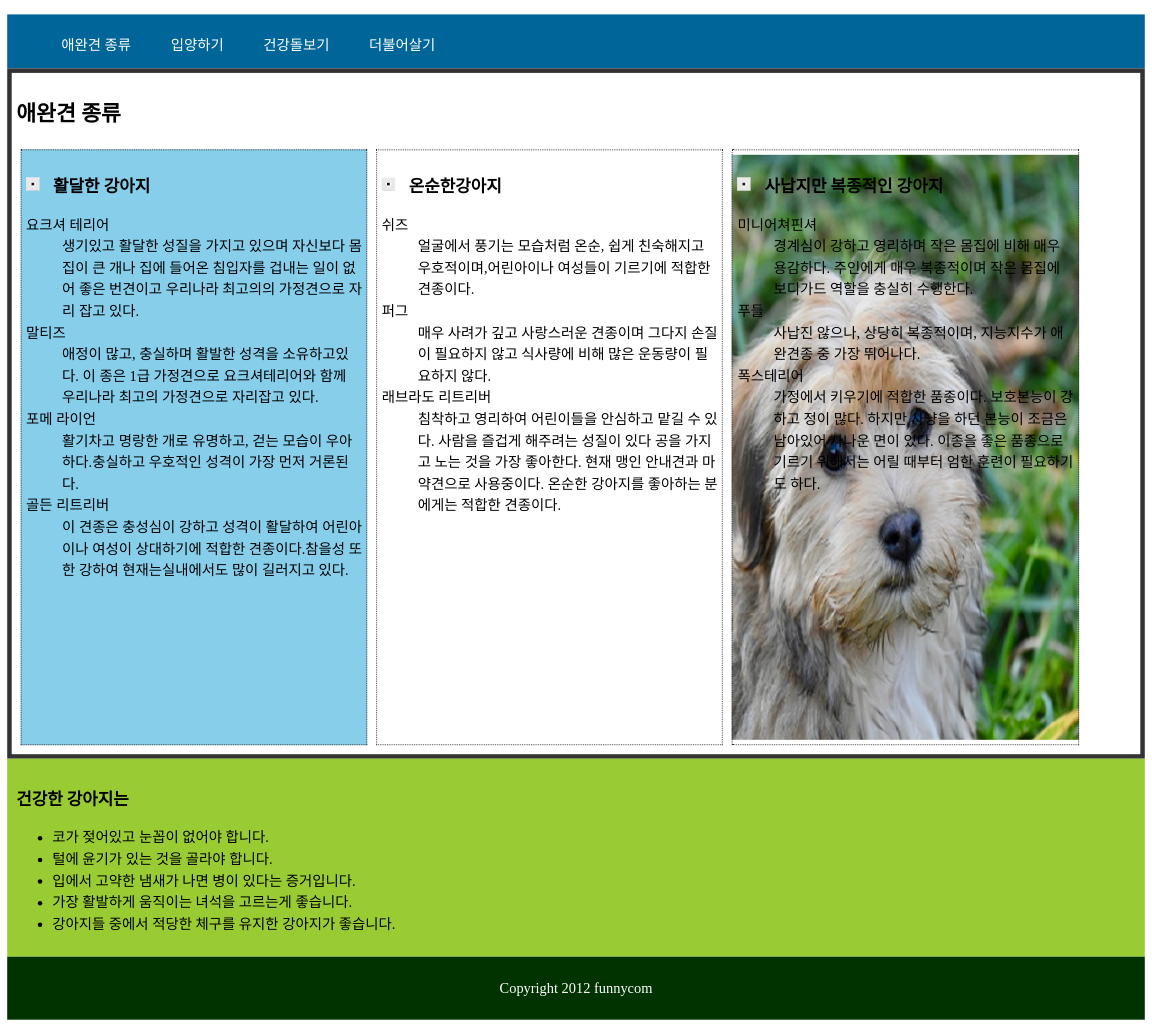
Repository: woosungtae/html_css
Page: pro01/public/10-do.html
An editor plug-in stored every save of this project. The page is shown before and after the next save, followed by the edit.
The browser window is 1280 px wide. The pictures show the whole page, at 90% of full size.

Above is the page before, as saved 2022-12-12 00:08:38.

### pro01/public/10-do.html
<!DOCTYPE html>
<html>
	<head>
		<meta charset="utf-8">
		<title>애완견 돌보기</title>
	<link href="css/style4.css" rel="stylesheet" type="text/css">
	</head>
	<body>
		<header>
			<nav>
				<ul>
					<li><a href="#">애완견 종류</a></li>
					<li><a href="#">입양하기</a></li>
					<li><a href="#">건강돌보기</a></li>
					<li><a href="#">더불어살기</a></li>
				</ul>
			</nav>
		</header>
		<article>
			<h2>애완견 종류</h2>
			<section id="sec1">
				<h3>활달한 강아지</h3>
				<dl>
						<dt>요크셔 테리어 </dt>
						<dd>생기있고 활달한 성질을 가지고 있으며 자신보다 몸집이 큰 개나 집에 들어온 침입자를 겁내는 일이 없어 좋은 번견이고 우리나라 최고의의 가정견으로 자리 잡고 있다.</dd>
						<dt>말티즈 </dt>
						<dd>애정이 많고, 충실하며 활발한 성격을 소유하고있다. 이 종은 1급 가정견으로 요크셔테리어와 함께 우리나라 최고의 가정견으로 자리잡고 있다.</dd>
						<dt>포메 라이언</dt>
						<dd>활기차고 명랑한 개로 유명하고, 걷는 모습이 우아하다.충실하고 우호적인 성격이 가장 먼저 거론된다. </dd>
						<dt>골든 리트리버</dt>
						<dd>이 견종은 충성심이 강하고 성격이 활달하여 어린아이나 여성이 상대하기에 적합한 견종이다.참을성 또한 강하여 현재는실내에서도 많이 길러지고 있다.</dd>
				</dl>
			</section>

			<section>
				<h3>온순한강아지</h3>
				<dl>
					<dt>쉬즈</dt>
					<dd>얼굴에서 풍기는 모습처럼 온순, 쉽게 친숙해지고 우호적이며,어린아이나 여성들이 기르기에 적합한 견종이다.</dd>
					<dt>퍼그</dt>
					<dd>매우 사려가 깊고 사랑스러운 견종이며 그다지 손질이 필요하지 않고 식사량에 비해 많은 운동량이 필요하지 않다.</dd>
					<dt>래브라도 리트리버</dt>
					<dd>침착하고 영리하여 어린이들을 안심하고 맡길 수 있다. 사람을 즐겁게 해주려는 성질이 있다 공을 가지고 노는 것을 가장  좋아한다. 현재 맹인 안내견과 마약견으로 사용중이다. 온순한 강아지를 좋아하는 분에게는 적합한 견종이다.</dd>
				</dl>
			</section>
			<section id="sec2">
				<h3>사납지만 복종적인 강아지</h3>
				<dl>
					<dt>미니어쳐핀셔</dt>
					<dd>경계심이 강하고 영리하며 작은 몸집에 비해 매우 용감하다. 주인에게 매우 복종적이며 작은 몸집에 보디가드 역할을 충실히 수행한다.</dd>
					<dt>푸들 </dt>
					<dd>사납진 않으나, 상당히 복종적이며, 지능지수가 애완견종 중 가장 뛰어나다.</dd>
					<dt>폭스테리어</dt>
					<dd>가정에서 키우기에 적합한 품종이다. 보호본능이 강하고 정이 많다. 하지만 사냥을 하던 본능이 조금은 남아있어 사나운 면이 있다. 이종을 좋은 품종으로 기르기 위해서는 어릴 때부터 엄한 훈련이 필요하기도 하다.</dd>
				</dl>
			</section>
		</article>
		<aside>
		<h3>건강한 강아지는</h3>
			<ul>
				<li>코가 젖어있고 눈꼽이 없어야 합니다.</li>
				<li>털에 윤기가 있는 것을 골라야 합니다.</li>
				<li>입에서 고약한 냄새가 나면 병이 있다는 증거입니다.</li>
				<li>가장 활발하게 움직이는 녀석을 고르는게 좋습니다.</li>
				<li>강아지들 중에서 적당한 체구를 유지한 강아지가 좋습니다.</li>
			</ul>
		</aside>
		<footer>
			<p>Copyright 2012 funnycom</p>
		</footer>
	</body>
</html>

### pro01/public/css/style4.css
@charset "utf-8";
nav{
	width:100%;
	height:60px;

	background-color:#069;
}
nav ul{
	list-style-type:none;
}
nav ul li{
	display:inline-block;
	margin:20px;
}
nav ul li a {
	color:white;
	text-decoration:none;
}
article{

	margin-right: auto;
	margin-left:auto;
	border:5px solid #333;
	padding:5px;
	overflow:hidden;
}
#sec1{
	background-color:skyblue;
}
#sec2{
	background: url('../images/cover.jpg')no-repeat center ;

}
article section{
	width:30%;
	height:650px;
	float: left;
	margin:5px;
	padding:5px;
	border:1px dotted #333;
}
article #at1{
	background-color:blue;
}
section h3{
	background: url('../images/dot.png') no-repeat left center;
	padding-left: 30px;
}

aside{
	clear:both;
	margin:0 auto;

	height:auto;
	padding:10px;
	background-color:#99cc33
}
footer{
	padding: 10px 0;
	background-color: #030;
	color: #fff;
	text-align: center;
	clear:both;
}

After the next save:
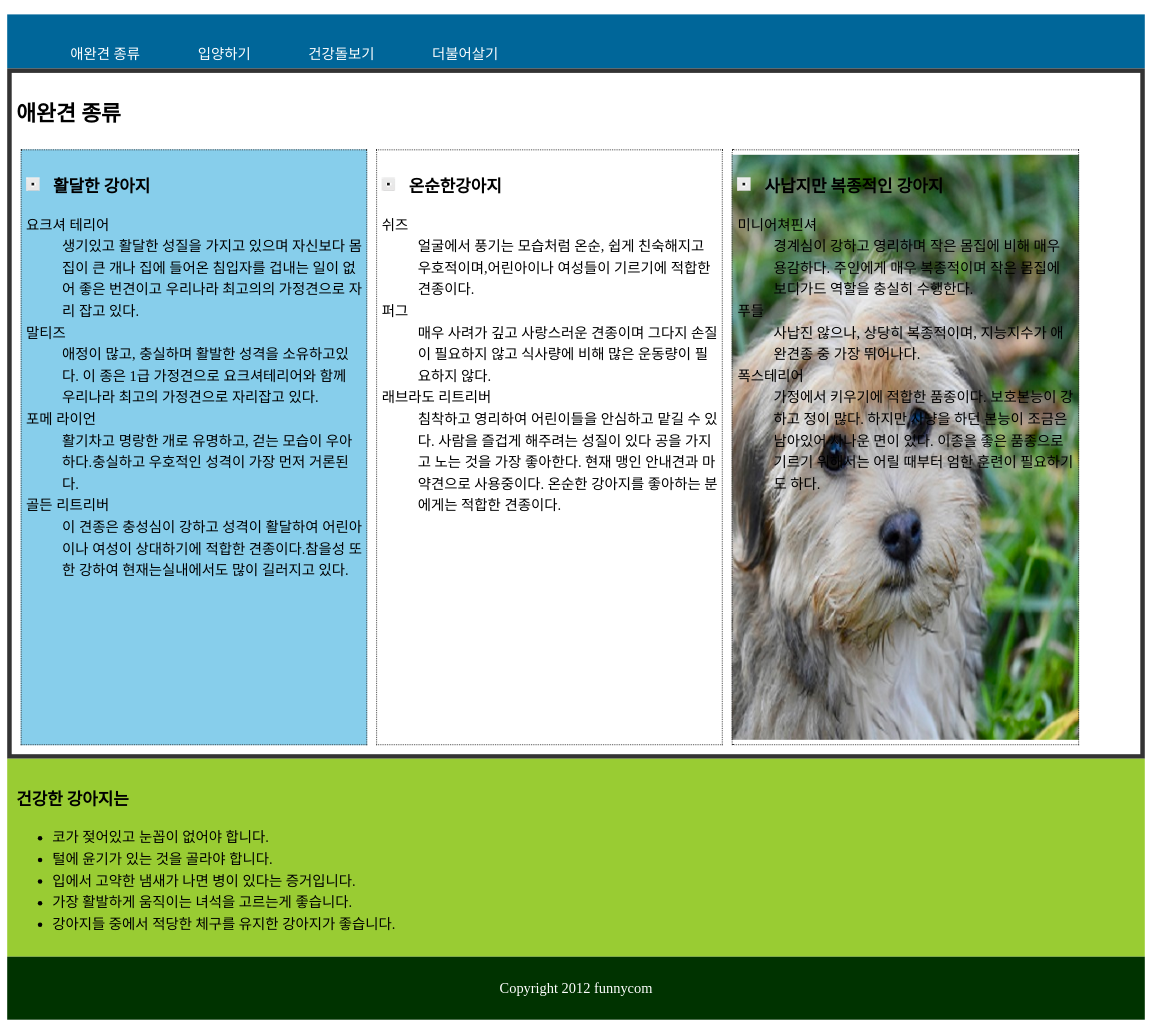
Saved 96 s later.
--- a/pro01/public/css/style4.css
+++ b/pro01/public/css/style4.css
@@ -10,7 +10,7 @@ nav ul{
 }
 nav ul li{
 	display:inline-block;
-	margin:20px;
+	margin:30px;
 }
 nav ul li a {
 	color:white;
